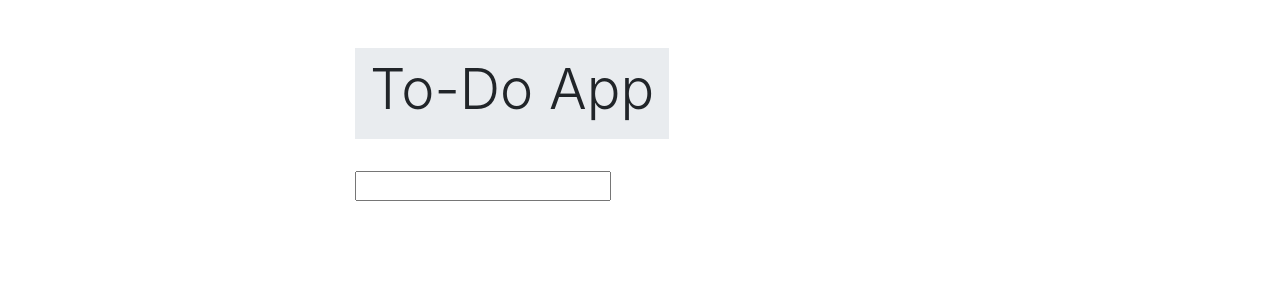
Repository: Khilanmakwana/Todo-App-ReactJS
Page: /
The author's editor kept a copy of each file at every save. The page is drawn from the files as they stood at one save, then again after the next save.
The browser window is 1280 px wide. The pictures show the whole page.
The project was rebuilt for these pictures with package versions that can differ from the ones it lists, and the page was loaded fresh each time. Also part of the build but not shown: src/App.css.

Above is the page before, as saved 2020-04-28 15:18:39.

### public/index.html
<!DOCTYPE html>
<html lang="en">

<head>
  <meta charset="utf-8" />
  <link rel="icon" href="%PUBLIC_URL%/favicon.ico" />
  <meta name="viewport" content="width=device-width, initial-scale=1" />
  <meta name="theme-color" content="#000000" />
  <meta name="description" content="Web site created using create-react-app" />
  <link rel="apple-touch-icon" href="%PUBLIC_URL%/logo192.png" />
  <!--
      manifest.json provides metadata used when your web app is installed on a
      user's mobile device or desktop. See https://developers.google.com/web/fundamentals/web-app-manifest/
    -->
  <link rel="manifest" href="%PUBLIC_URL%/manifest.json" />
  <!--
      Notice the use of %PUBLIC_URL% in the tags above.
      It will be replaced with the URL of the `public` folder during the build.
      Only files inside the `public` folder can be referenced from the HTML.

      Unlike "/favicon.ico" or "favicon.ico", "%PUBLIC_URL%/favicon.ico" will
      work correctly both with client-side routing and a non-root public URL.
      Learn how to configure a non-root public URL by running `npm run build`.
    -->
  <title>React App</title>
  <link rel="stylesheet" href="https://stackpath.bootstrapcdn.com/bootstrap/4.4.1/css/bootstrap.min.css"
    integrity="sha384-Vkoo8x4CGsO3+Hhxv8T/Q5PaXtkKtu6ug5TOeNV6gBiFeWPGFN9MuhOf23Q9Ifjh" crossorigin="anonymous">
</head>

<body>
  <noscript>You need to enable JavaScript to run this app.</noscript>
  <div class="container">
    <div class="row">
      <div class="col-mf-6 offset-md-3 mt-5">
        <div id="root"></div>
      </div>
    </div>
  </div>
  <!--
      This HTML file is a template.
      If you open it directly in the browser, you will see an empty page.

      You can add webfonts, meta tags, or analytics to this file.
      The build step will place the bundled scripts into the <body> tag.

      To begin the development, run `npm start` or `yarn start`.
      To create a production bundle, use `npm run build` or `yarn build`.
    -->
  <script src="https://code.jquery.com/jquery-3.4.1.slim.min.js"
    integrity="sha384-J6qa4849blE2+poT4WnyKhv5vZF5SrPo0iEjwBvKU7imGFAV0wwj1yYfoRSJoZ+n" crossorigin="anonymous">
  </script>
  <script src="https://cdn.jsdelivr.net/npm/popper.js@1.16.0/dist/umd/popper.min.js"
    integrity="sha384-Q6E9RHvbIyZFJoft+2mJbHaEWldlvI9IOYy5n3zV9zzTtmI3UksdQRVvoxMfooAo" crossorigin="anonymous">
  </script>
  <script src="https://stackpath.bootstrapcdn.com/bootstrap/4.4.1/js/bootstrap.min.js"
    integrity="sha384-wfSDF2E50Y2D1uUdj0O3uMBJnjuUD4Ih7YwaYd1iqfktj0Uod8GCExl3Og8ifwB6" crossorigin="anonymous">
  </script>
</body>

</html>

### src/App.js
import React from "react";
import "./App.css";

function App() {
  return (
    <div>
      <div className="jumbotron jumbotron-fluid py-2">
        <div className="container">
          <h1 className="display-4">To-Do App</h1>
        </div>
      </div>
      <form className="mb-3">
        <input type="text" />
      </form>
    </div>
  );
}

export default App;

Loaded but not shown: src/index.js (common file); src/index.css (common file); src/serviceWorker.js (common file)

After the next save:
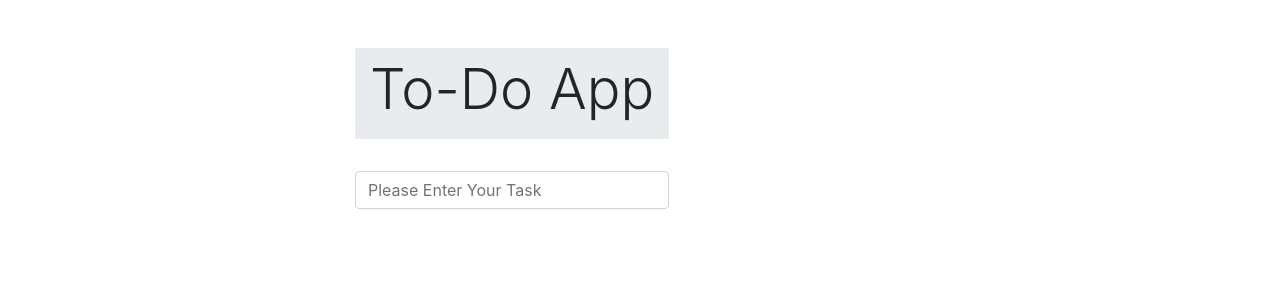
Saved 87 s later.
--- a/src/App.js
+++ b/src/App.js
@@ -10,7 +10,7 @@ function App() {
         </div>
       </div>
       <form className="mb-3">
-        <input type="text" />
+        <input type="text" className="form-control" placeholder="Please Enter Your Task"/>
       </form>
     </div>
   );
